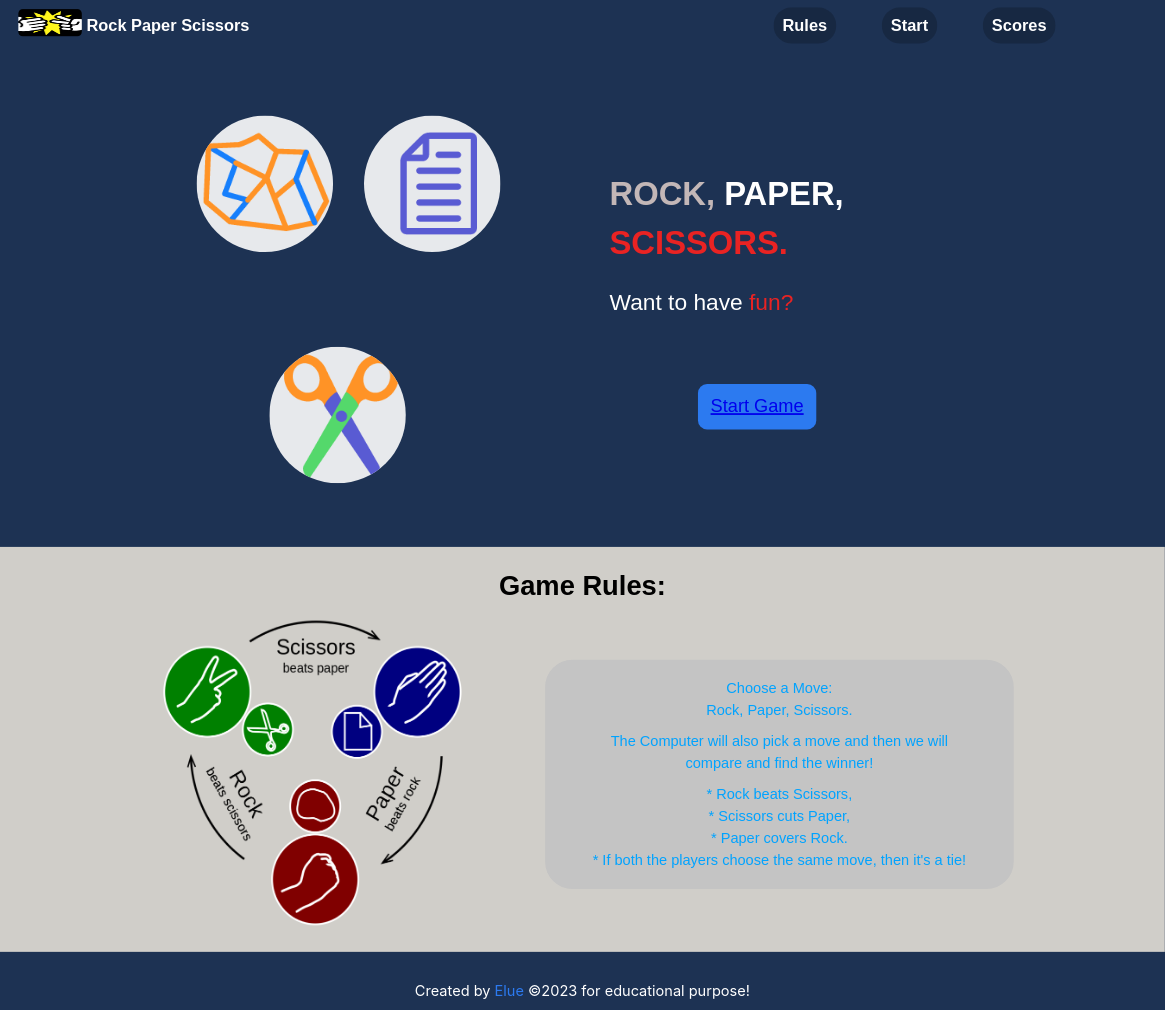
Repository: MikkyPrestige/rock-paper-scissors
Page: index.html
The author's editor kept a copy of each file at every save. The page is drawn from the files as they stood at one save, then again after the next save.
The browser window is 1280 px wide. The pictures show the whole page, at 91% of full size.

Above is the page before, as saved 2023-05-08 06:19:33.

### index.html
<!DOCTYPE html>
<html lang="en">

<head>
  <meta charset="UTF-8">
  <meta http-equiv="X-UA-Compatible" content="IE=edge">
  <meta name="viewport" content="width=device-width, initial-scale=1.0">
  <title>Rock, Paper or Scissors Game</title>
  <link rel="stylesheet" href="./index.css">
  <!-- <script src="./index.js" defer></script> -->
</head>

<body>
  <main>
    <header>
      <figure>
        <a href="/">
          <img src="./img/logo.png" alt="Logo" class="logo">
        </a>
        <figcaption>Rock Paper Scissors</figcaption>
      </figure>
      <nav>
        <ul>
          <li><a href="#rule">Rules</a></li>
          <li><a href="./game.html">Start</a></li>
          <li><a href="#">Scores</a></li>
        </ul>
      </nav>
    </header>
    <section class="home">
      <div class="images">
        <img src="./img/Rock.gif" alt="Rock image" class="img rock">
        <img src="./img/Paper.gif" alt="Paper image" class="img paper">
        <img src="./img/Scissors.gif" alt="Scissors image" class="img scissors">
      </div>
      <div class="content">
        <h1 class="content--title"><span class="content-rock">Rock,</span> Paper, <span
            class="content-scissors">Scissors.</span></h1>
        <p class="content--text">Want to have <span class="fun">fun?</span></p>
        <button class="btn">
          <a href="./game.html">Start Game</a>
        </button>
      </div>
    </section>

    <section class="rule" id="rule">
      <div class="rule--container">
        <h2 class="rule--title">Game Rules:</h2>
        <div class="rule--content">
          <img src="./img/image.png" alt="Game image" class="rule--img">
          <div class="rule--para">
            <p class="rule--text">Choose a Move: <br>Rock, Paper, Scissors.</p>
            <p class="rule--text">The Computer will also pick a move and then we will compare and find the winner!</p>
            <p class="rule--text">* Rock beats Scissors, <br> * Scissors cuts Paper, <br> * Paper covers Rock. <br> * If
              both the players choose the same move, then it's a tie!</p>
          </div>
        </div>
        <!-- <button type="submit" class="btn">New Game</button> -->
      </div>
    </section>

    <footer>
      <p class="footer--text">Created by <a href="#" target="_blank" class="footer--link">Elue</a> &copy;2023 for
        educational purpose!</p>
    </footer>
  </main>
</body>

</html>

### index.css
*,
*::after,
*::before {
  box-sizing: border-box;
  margin: 0;
  padding: 0;
}

html {
  font-size: 62.5%;
}

body {
  font-family: "Fira Sans", sans-serif;
  font-size: 1.6rem;
  line-height: 1.5;
  background: rgba(29, 50, 83, 1);
  color: rgba(255, 255, 255, 1);
  width: 100%;
  height: 100%;
}

main {
  display: flex;
  flex-direction: column;
  justify-content: center;
  gap: 2rem;
  height: 100%;
  width: 100%;
}

header {
  display: flex;
  justify-content: space-between;
  align-items: center;
  padding: 1rem 2rem;
  width: 100%;
  height: auto;
}

figure {
  display: flex;
  align-items: center;
  gap: .5rem;
  height: auto;
}

.logo {
  width: 7rem;
  height: 3rem;
  border-radius: .5rem;
  -webkit-border-radius: .5rem;
  -moz-border-radius: .5rem;
  -ms-border-radius: .5rem;
  -o-border-radius: .5rem;
}

figcaption {
  font-size: 1.8rem;
  font-weight: 600;
  color: rgba(255, 255, 255, 1);
}

nav {
  height: auto;
  margin-right: 10rem;
}

ul {
  display: flex;
  justify-content: center;
  align-items: center;
  gap: 5rem;
  list-style: none;
}

li a {
  font-size: 1.8rem;
  font-weight: 600;
  color: rgba(255, 255, 255, 1);
  background: linear-gradient(0deg, rgba(0, 0, 0, 0.2), rgba(0, 0, 0, 0.2)), #1D3253;
  text-decoration: none;
  padding: 1rem;
  border-radius: 2rem;
}

li a:hover {
  background: rgba(255, 255, 255, 1);
  color: rgba(29, 50, 83, 1);
  text-decoration: underline;
}

.home {
  display: flex;
  justify-content: center;
  align-items: center;
  width: 100%;
  height: 70vh;
}

.images {
  position: relative;
  height: 100%;
  flex-basis: 30%;
}

.img {
  background: rgba(253, 253, 253, 0.9);
  border-radius: 50%;
  -webkit-border-radius: 50%;
  -moz-border-radius: 50%;
  -ms-border-radius: 50%;
  -o-border-radius: 50%;
  width: 15rem;
  height: 15rem;
}

.rock {
  position: absolute;
  top: 5rem;
  left: 0rem;
}

.paper {
  position: absolute;
  top: 5rem;
  right: 5rem;
}

.scissors {
  position: absolute;
  bottom: 5rem;
  left: 8rem;
}

.content {
  display: flex;
  flex-direction: column;
  justify-content: center;
  align-items: center;
  gap: 2rem;
}

.content--title {
  font-size: 3.6rem;
  font-weight: 600;
  width: 70%;
  text-transform: uppercase;
}

.content-rock {
  color: rgba(195, 183, 183, 1);
}

.content-scissors {
  color: rgba(233, 35, 35, 1);
}

.content--text {
  font-size: 2.5rem;
  font-weight: 400;
  width: 70%;
}

.fun {
  color: rgba(233, 35, 35, 1);
}

.btn {
  width: 13rem;
  height: 5rem;
  font-size: 2rem;
  color: rgba(255, 255, 255, 1);
  background: #2C7AF0;
  border-radius: 1rem;
  -webkit-border-radius: 1rem;
  -moz-border-radius: 1rem;
  -ms-border-radius: 1rem;
  -o-border-radius: 1rem;
  border: none;
  cursor: pointer;
  margin-top: 5rem;
  transition: all .3s ease-in-out;
  -webkit-transition: all .3s ease-in-out;
  -moz-transition: all .3s ease-in-out;
  -ms-transition: all .3s ease-in-out;
  -o-transition: all .3s ease-in-out;
}

.btn:hover {
  background: rgba(255, 255, 255, .7);
  color: rgba(44, 122, 240, 1);
}

.rule {
  width: 100%;
  height: 100%;
  background: #D0CEC9;
}

.rule--container {
  display: flex;
  flex-direction: column;
  justify-content: center;
  align-items: center;
  gap: 1rem;
  margin: 2rem;
}

.rule--title {
  font-size: 3rem;
  font-weight: 600;
  color: #000;
}

.rule--content {
  display: flex;
  justify-content: space-around;
  align-items: center;
}

.rule--img {
  width: 35rem;
  height: 35rem;
}

.rule--para {
  background: #C4C4C4;
  width: 50%;
  text-align: center;
  padding: 2rem 5rem;
  border-radius: 3rem;
  -webkit-border-radius: 3rem;
  -moz-border-radius: 3rem;
  -ms-border-radius: 3rem;
  -o-border-radius: 3rem;
  display: flex;
  flex-direction: column;
  justify-content: center;
  align-items: center;
  gap: 1rem;
}

.rule--text {
  color: rgba(0, 163, 255, 1);
}

footer {
  margin: 1rem auto;
}

.footer--text {
  font-family: "Inter";
}

.footer--link {
  color: rgba(44, 122, 240, 1);
  text-decoration: none;
}

After the next save:
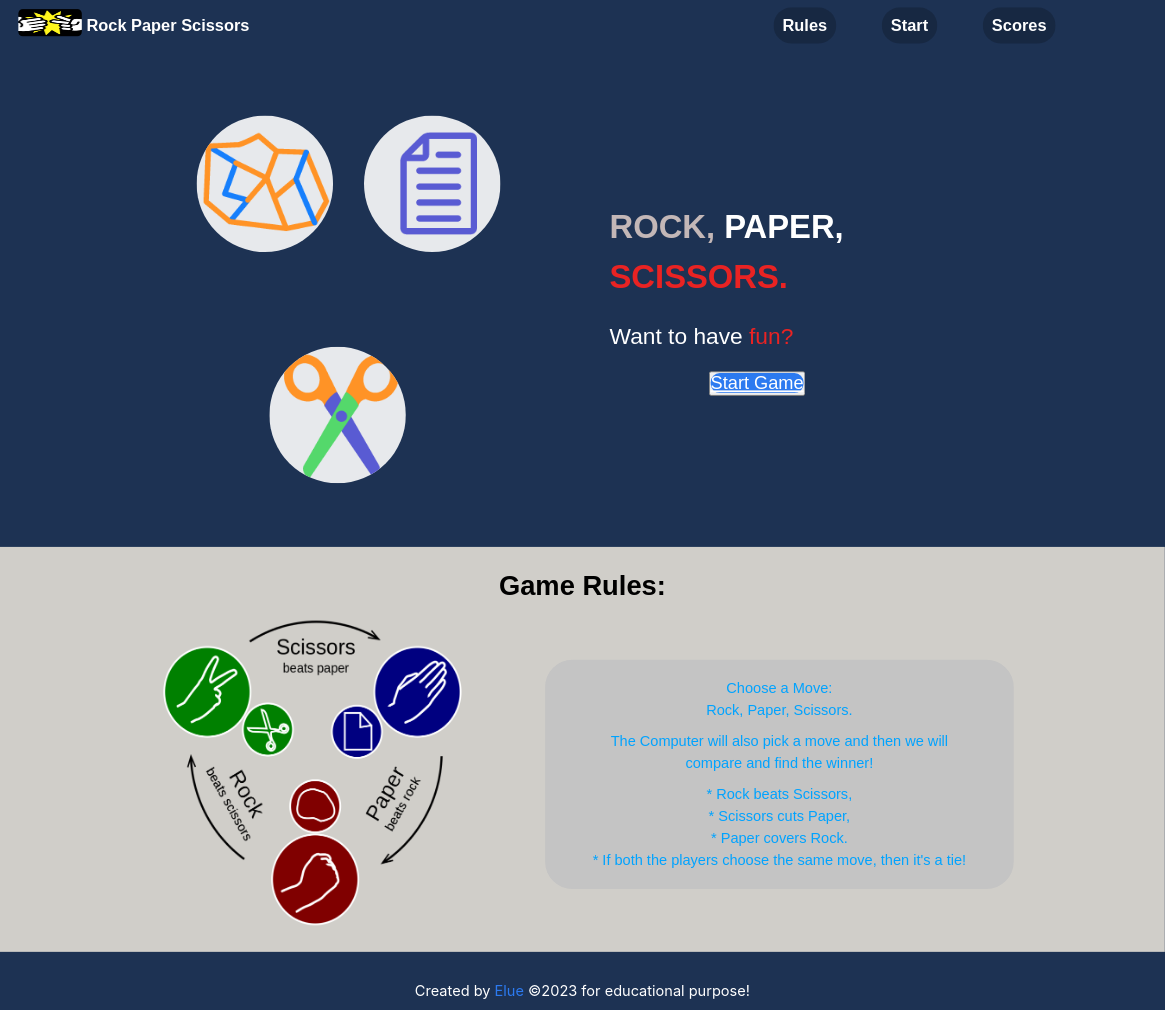
Saved 21 s later.
--- a/index.css
+++ b/index.css
@@ -166,7 +166,7 @@
   color: rgba(233, 35, 35, 1);
 }
 
-.btn {
+.btn a {
   width: 13rem;
   height: 5rem;
   font-size: 2rem;
@@ -187,7 +187,7 @@
   -o-transition: all .3s ease-in-out;
 }
 
-.btn:hover {
+.btn a:hover {
   background: rgba(255, 255, 255, .7);
   color: rgba(44, 122, 240, 1);
 }

After the save that followed:
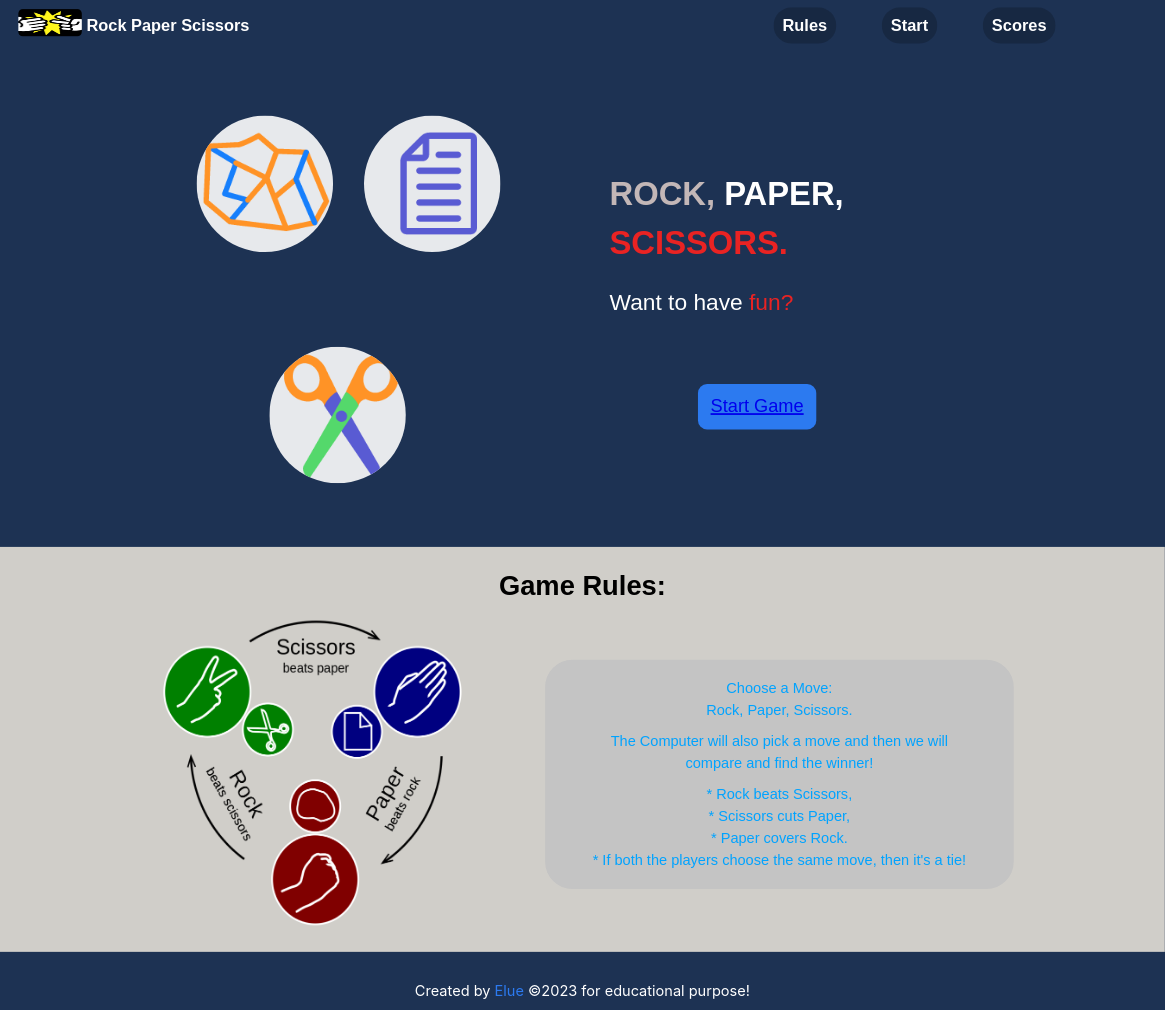
Saved 13 s later.
--- a/index.css
+++ b/index.css
@@ -166,7 +166,7 @@
   color: rgba(233, 35, 35, 1);
 }
 
-.btn a {
+.btn {
   width: 13rem;
   height: 5rem;
   font-size: 2rem;
@@ -187,7 +187,7 @@
   -o-transition: all .3s ease-in-out;
 }
 
-.btn a:hover {
+.btn:hover {
   background: rgba(255, 255, 255, .7);
   color: rgba(44, 122, 240, 1);
 }
